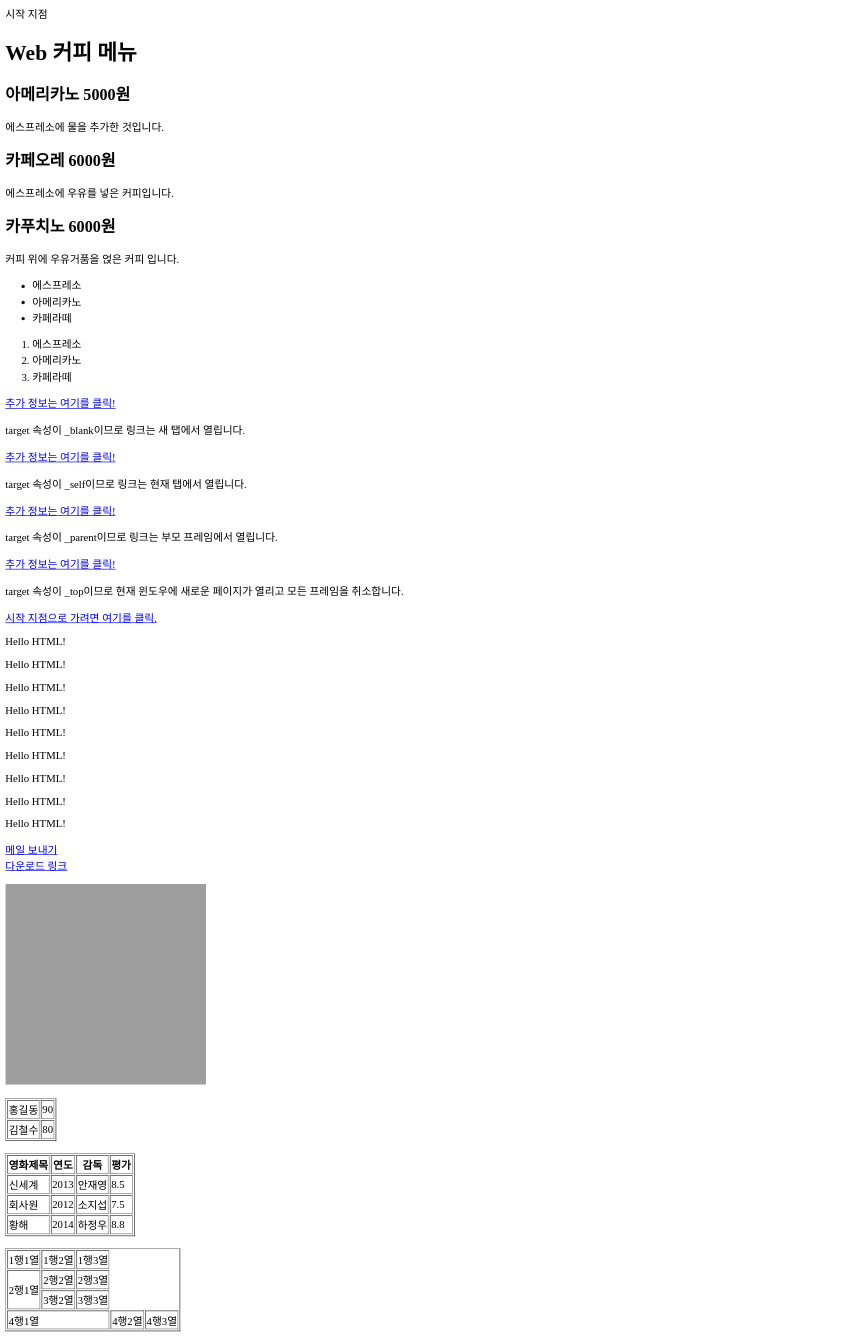
Repository: dhbaek2004/JSPex
Page: http://localhost/UX/UX_01.jsp
The author's editor kept a copy of each file at every save. The page is drawn from the files as they stood at one save, then again after the next save.
The browser window is 1280 px wide. The pictures show the whole page, at 67% of full size.
Pictures or frames that could not be fetched are drawn as grey boxes. The page is served by Tomcat 9.

Above is the page before, as saved 2020-08-25 09:59:36.

### Infrearn/UX/UX/WebContent/UX_01.jsp
<%@ page language="java" contentType="text/html; charset=EUC-KR"
    pageEncoding="EUC-KR"%>
<!DOCTYPE html>
<html>
<head>
<meta charset="EUC-KR">
<title>Web 커피 메뉴</title>
</head>

<body>

	<a id="section1">시작 지점</a>
	<h1>Web 커피 메뉴</h1>
	<h2>아메리카노 5000원</h2>
	<p>에스프레소에 물을 추가한 것입니다.</p>

	<h2>카페오레 6000원</h2>
	<p>에스프레소에 우유를 넣은 커피입니다.</p>

	<h2>카푸치노 6000원</h2>
	<p>커피 위에 우유거품을 얹은 커피 입니다.</p>

	<ul>
		<li>에스프레소</li>
		<li>아메리카노</li>
		<li>카페라떼</li>
	</ul>

	<ol>
		<li>에스프레소</li>
		<li>아메리카노</li>
		<li>카페라떼</li>
	</ol>

	<a href="http://www.google.com/" target="_blank">추가 정보는 여기를 클릭!</a>
	<p>target 속성이 _blank이므로 링크는 새 탭에서 열립니다.</p>
	<a href="http://www.google.com/" target="_self">추가 정보는 여기를 클릭!</a>
	<p>target 속성이 _self이므로 링크는 현재 탭에서 열립니다.</p>
	<a href="http://www.google.com/" target="_parent">추가 정보는 여기를 클릭!</a>
	<p>target 속성이 _parent이므로 링크는 부모 프레임에서 열립니다.</p>
	<a href="http://www.google.com/" target="_top">추가 정보는 여기를 클릭!</a>
	<p>target 속성이 _top이므로 현재 윈도우에 새로운 페이지가 열리고 모든 프레임을 취소합니다.</p>

	<a href="#section1">시작 지점으로 가려면 여기를 클릭.</a>

	<p> Hello HTML!</p>
	<p> Hello HTML!</p>
	<p> Hello HTML!</p>
	<p> Hello HTML!</p>
	<p> Hello HTML!</p>
	<p> Hello HTML!</p>
	<p> Hello HTML!</p>
	<p> Hello HTML!</p>
	<p> Hello HTML!</p>


	<a href="mailto:dhbaek2004@naver.com?subject=Feedback">메일 보내기</a> <br>

	<a href="http://www.company.com/data.zip">다운로드 링크</a> <br>

	<p> <img src="americano.png" alt="아메리카노 사진" width="300" height="300"> </p>

	<table border="1">

	<tr>
		<td>홍길동</td>
		<td>90</td>
	</tr>

	<tr>
		<td>김철수</td>
		<td>80</td>
	</tr>

	</table> <br>

	<table border="1">
	<tr>
		<th>영화제목</th>
		<th>연도</th>
		<th>감독</th>
		<th>평가</th>
	</tr>
	<tr>
		<td>신세계</td>
		<td>2013</td>
		<td>안재영</td>
		<td>8.5</td>
	</tr>

	<tr>
		<td>회사원</td>
		<td>2012</td>
		<td>소지섭</td>
		<td>7.5</td>
	</tr>

	<tr>
		<td>황해</td>
		<td>2014</td>
		<td>하정우</td>
		<td>8.8</td>
	</tr>
	</table>

	<br>

	<table border="1">
		<tr>
			<td>1행1열</td>
			<td>1행2열</td>
			<td>1행3열</td>
		</tr>
		<tr>
			<td rowspan="2">2행1열</td>
			<td>2행2열</td>
			<td>2행3열</td>
		</tr>
		<tr>
			<td>3행2열</td>
			<td>3행3열</td>
		</tr>
		<tr>
			<td colspan="3">4행1열</td>
			<td>4행2열</td>
			<td>4행3열</td>
		</tr>

	</table>


</body>


</html>

After the next save:
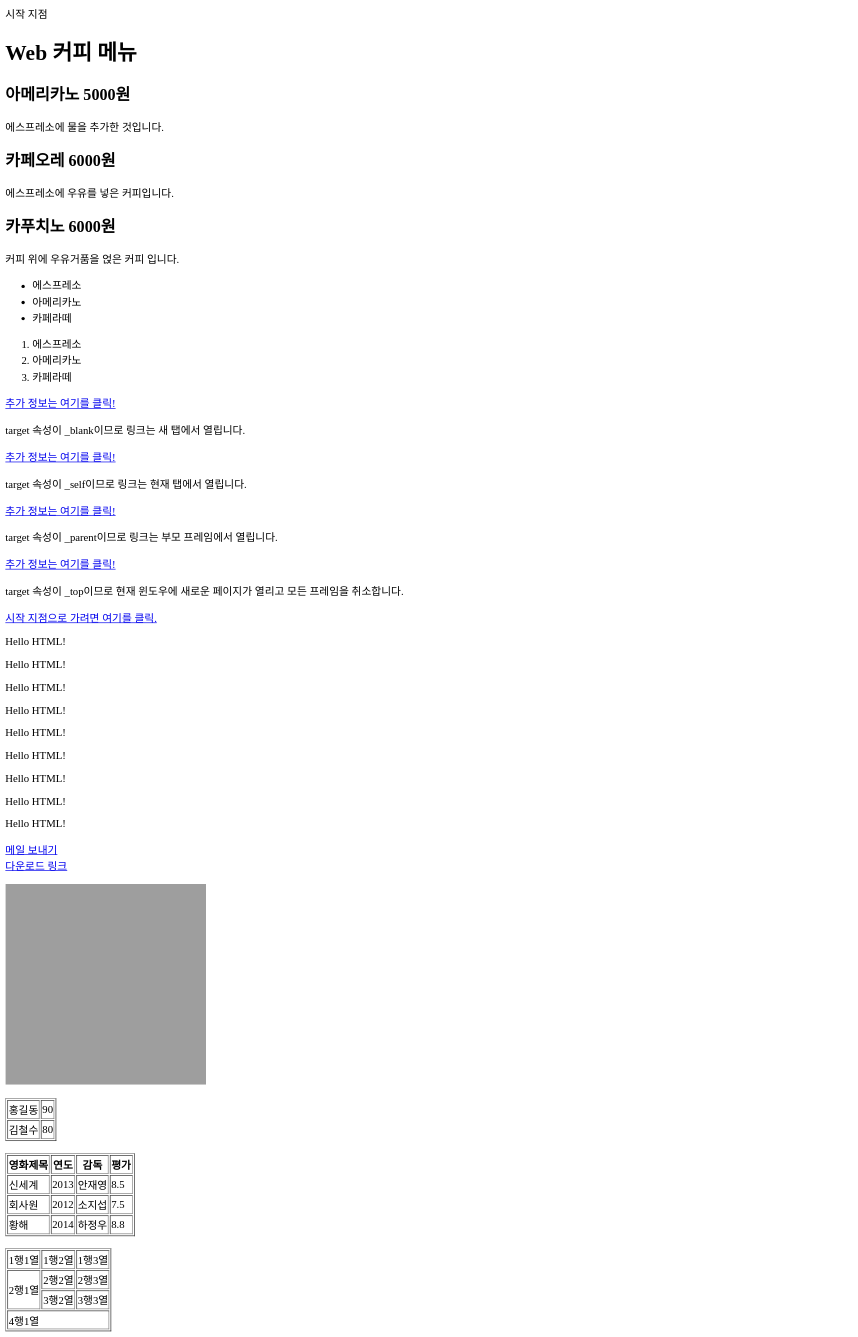
Saved 5 s later.
--- a/Infrearn/UX/UX/WebContent/UX_01.jsp
+++ b/Infrearn/UX/UX/WebContent/UX_01.jsp
@@ -122,8 +122,6 @@
 		</tr>
 		<tr>
 			<td colspan="3">4행1열</td>
-			<td>4행2열</td>
-			<td>4행3열</td>
 		</tr>
 
 	</table>
